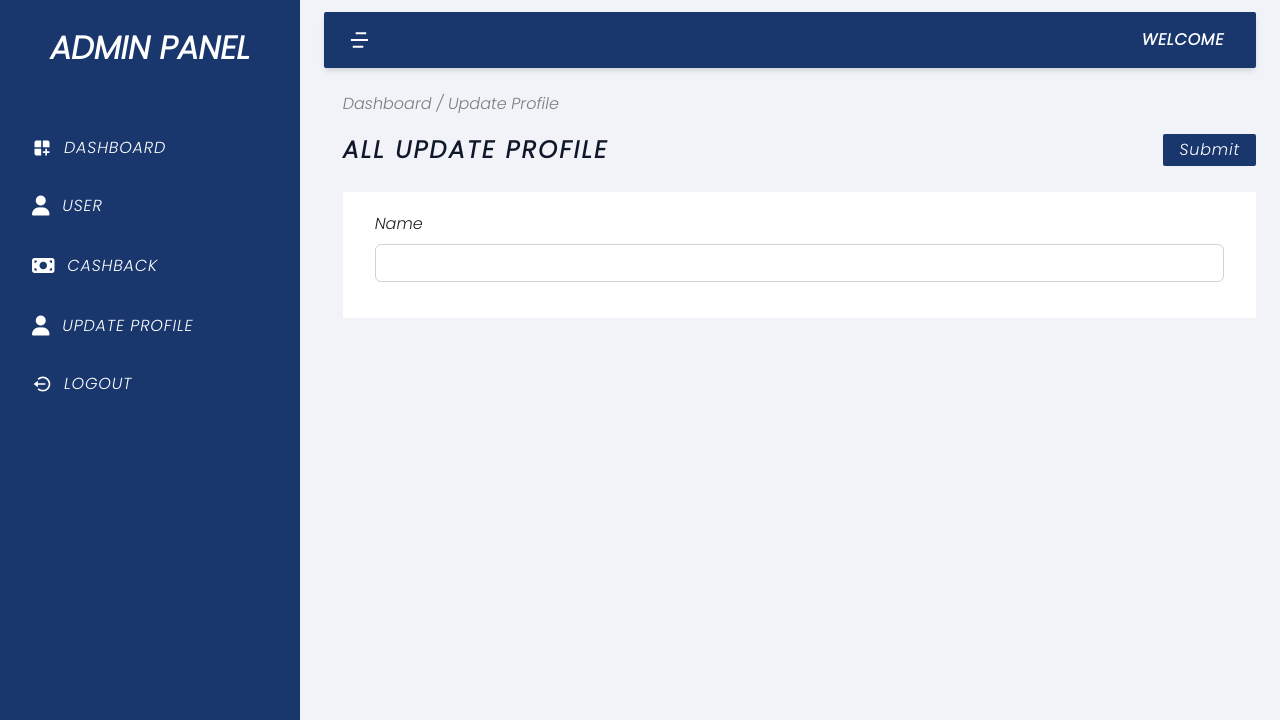
Repository: FlyweisReact/Ankit-Pandey-Admin-Panel
Page: /updateProfile
An editor plug-in stored every save of this project. The page is shown before and after the next save, followed by the edit.
The browser window is 1280 px wide. The pictures show the whole page.
Some web libraries are served in a nearby version. The project was rebuilt for these pictures with package versions that can differ from the ones it lists, and the page was loaded fresh each time. Also part of the build but not shown: src/Screen/Login.jsx, src/Screen/Dashboard.js, src/Screen/EAdminCustomer.js, src/Screen/EAdmin.js.

Above is the page before, as saved 2023-06-16 16:07:58.

### public/index.html
<!-- @format -->

<!DOCTYPE html>
<html lang="en">
  <head>
    <meta charset="utf-8" />
    <meta name="viewport" content="width=device-width, initial-scale=1" />
    <meta name="theme-color" content="#000000" />
    <meta
      name="description"
      content="Web site created using create-react-app"
    />
    <link rel="icon" href="%PUBLIC_URL%/favicon.png" />
    <link rel="manifest" href="%PUBLIC_URL%/manifest.json" />
    <link rel="preconnect" href="https://fonts.googleapis.com">
<link rel="preconnect" href="https://fonts.gstatic.com" crossorigin>
<link href="https://fonts.googleapis.com/css2?family=Roboto+Mono:ital,wght@1,300&display=swap" rel="stylesheet">
    <title>Logo Fx</title>
  </head>
  <body>
    <noscript>You need to enable JavaScript to run this app.</noscript>
    <div id="root"></div>
    <script src="https://code.jquery.com/jquery-3.6.0.min.js"></script>
    <script src="https://kit.fontawesome.com/b533b351e4.js" crossorigin="anonymous"></script>
  </body>
</html>

### src/index.js
import React from "react";
import ReactDOM from "react-dom/client";
import "./index.css";
import App from "./App";
import { BrowserRouter } from "react-router-dom";
import 'bootstrap/dist/css/bootstrap.min.css'

const root = ReactDOM.createRoot(document.getElementById("root"));
root.render(
  <React.StrictMode>
    <BrowserRouter>
      <App />
    </BrowserRouter>
  </React.StrictMode>
);

### src/index.css
/** @format */

@tailwind base;
@tailwind components;
@tailwind utilities;

@import url("https://fonts.googleapis.com/css2?family=Roboto+Mono:ital,wght@1,300&display=swap");
@font-face {
  font-family: Roboto;
  src: url("./Fonts/Poppins-LightItalic.ttf");
}

body {
  margin: 0;
  font-family: Roboto !important;
  -webkit-font-smoothing: antialiased;
  -moz-osx-font-smoothing: grayscale;
}

code {
  font-family: Roboto !important;
}

html {
  font-family: Roboto !important;
}

::-webkit-scrollbar {
  width: 10px;
}
.fa-trash {
  color: red;
  cursor: pointer;
}

.iCOn {
  transition: 0.5s;
  box-shadow: none;
  transform: scale(1);
}
.cardDiv {
  cursor: pointer;
}

.cardDiv:hover .iCOn {
  box-shadow: rgba(0, 0, 0, 0.35) 0px 5px 15px;
  transform: scale(1.3);
}

/* Track */
::-webkit-scrollbar-track {
  background: #f1f1f1;
}

/* Handle */
::-webkit-scrollbar-thumb {
  background: #888;
}

/* Handle on hover */
::-webkit-scrollbar-thumb:hover {
  background: #555;
}
.profileImage {
  width: 100px;
}
.fa-eye {
  color: #029aff;
  cursor: pointer;
}
.fa-edit {
  cursor: pointer;
  color: blue;
}

.View {
  border: 1px solid black;
  width: 100%;
  padding: 10px;
}

.main-card--container {
  display: grid;
  grid-template-columns: repeat(3, minmax(300px, 500px));
  grid-gap: 50px;
  justify-content: space-around;
}
.card-container {
  margin: 25px 0 auto;
  box-shadow: rgba(0, 0, 0, 0.35) 0px 5px 15px;
  position: relative;
  display: grid;
  grid-template-columns: 1fr;
  justify-content: space-around;
  align-items: flex-start;
}

.myEdit:focus {
  box-shadow: rgba(0, 0, 0, 0.35) 0px 5px 15px;
}

.AstroLogin {
  color: #fff;
  background-color: #2b7a8e;
  padding: 10px;
  width: 380px;
  text-align: center;
  font-size: 20px;
  background: linear-gradient(to left, #2b7a8e 50%, #fff 50%) right;
  background-size: 200%;
  transition: 0.5s ease-out;
  border: 1px solid #2b7a8e;
  margin-top: 10px;
  text-transform: uppercase;
}
.AstroLogin:hover {
  background-position: left;
  color: #2b7a8e;
}

.EcommerceAdminLogin {
  color: #fff;
  background-color: #19376d;
  padding: 10px;
  width: 380px;
  text-align: center;
  font-size: 20px;
  background: linear-gradient(to left, #19376d 50%, #fff 50%) right;
  background-size: 200%;
  transition: 0.5s ease-out;
  border: 1px solid #19376d;
  margin-top: 10px;
  text-transform: uppercase;
}

.EcommerceAdminLogin:hover {
  background-position: left;
  color: #19376d;
}
.EcommerceVendorLogin {
  color: #fff;
  background-color: #576cbc;
  padding: 10px;
  width: 380px;
  text-align: center;
  font-size: 20px;
  background: linear-gradient(to left, #576cbc 50%, #fff 50%) right;
  background-size: 200%;
  transition: 0.5s ease-out;
  border: 1px solid #576cbc;
  margin-top: 10px;
  text-transform: uppercase;
}

.EcommerceVendorLogin:hover {
  background-position: left;
  color: #576cbc;
}

.view {
  background-color: #2196f3;
  color: #fff;
  width: 50%;
  padding: 5px;
}

.two-sec {
  display: flex;
  justify-content: space-evenly;
  justify-content: space-evenly;
}
.two-sec .left {
  width: 60%;
  background-color: #f6f1ef;
  padding: 20px;
}
.two-sec .left .head {
  font-size: 25px;
  font-weight: bold;
}

.two-sec .right {
  width: 30%;
  background-color: #f6f1ef;
}

.searchDiv {
  width: 100%;
  display: flex;
  gap: 10px;
  border: 1px solid rgb(179, 179, 179);
  padding: 10px;
  margin-bottom: 20px;
  align-items: center;
}
.searchDiv input {
  width: 94%;
  outline: none;
  border: none;
}

.flexCont {
  display: flex;
  align-items: center;
  gap: 10px;
}
.flexCont img {
  width: 60px;
  background-color: #e9ecef;
}

.blockContent {
  display: block;
}
.blockContent p {
  margin: 0;
}

.checkBox {
  width: 50px;
  height: 25px;
  background-color: #e9ecef;
  border-radius: 50px;
  position: relative;
  cursor: pointer;
}
.checkBox span {
  width: 20px;
  height: 20px;
  border-radius: 100%;
  background-color: #fff;
  position: absolute;
  left: 5px;
  top: 2px;
}
.ActivecheckBox {
  width: 50px;
  height: 25px;
  background-color: #0d6efd;
  border-radius: 50px;
  position: relative;
  cursor: pointer;
}
.ActivecheckBox span {
  width: 20px;
  height: 20px;
  border-radius: 100%;
  background-color: #fff;
  position: absolute;
  right: 5px;
  top: 2px;
}

.fa-eye {
  color: #0cba73;
  background-color: #d6f8e8;
  width: 40px;
  text-align: center;
  height: 40px;
  display: flex;
  border-radius: 100%;
  justify-content: center;
  padding-top: 10px;
  transition: 0.5s;
}

.fa-pen-to-square {
  color: #f4c39c;
  background-color: #ffebdb;
  width: 40px;
  text-align: center;
  height: 40px;
  display: flex;
  border-radius: 100%;
  justify-content: center;
  padding-top: 10px;
  cursor: pointer;
  transition: 0.5s;
}
.fa-trash {
  color: #df939f;
  background-color: #ffe1e8;
  width: 40px;
  text-align: center;
  height: 40px;
  display: flex;
  border-radius: 100%;
  justify-content: center;
  padding-top: 10px;
  cursor: pointer;
  transition: 0.5s;
}
.fa-trash:hover {
  transform: scale(1.2);
}
.fa-eye:hover {
  transform: scale(1.2);
}
.fa-pen-to-square:hover {
  transform: scale(1.2);
}
.required {
  color: #e74260;
}

.headP {
  margin-left: 2%;
  color: #7b7c7d;
}
.filterBox {
  display: flex;
  align-items: center;
  gap: 10px;
  border-bottom: 1px solid #d4d7dc;
  padding-bottom: 20px;
  margin-bottom: 20px;
}
.filterBox img {
  width: 30px;
}
.filterBox input {
  width: 100%;
  border: 1px solid #d4d7dc;
  outline: none;
  padding: 5px;
  color: black;
}
.sectionCont {
  width: 98%;
  background-color: #fff;
  margin-left: 2%;
  padding: 20px;
}

.overFlowCont {
  width: 100%;
  overflow-x: auto;
}

.logo {
  width: 300px;
  margin-bottom: 20px;
}

.updateProfile {
  margin-left: 20px;
  border: 1px solid #fff;
  border-radius: 100%;
  font-size: 1.2rem;
  padding: 10px;
  transition: 0.5s;
  cursor: pointer;
}
.updateProfile:hover {
  border: 1px solid #19376d;
  color: #19376d;
  background-color: #fff;
}

.Normalbtn {
  background-color: #19376d !important;
  border: 1px solid #19376d !important;
  border-radius: 0px !important;
}

.ImageCarousel {
  width: 150px !important;
  margin: 0px !important;
  height: 150px !important;
}
.CarouselImages {
  width: 150px !important;
  height: 150px !important;
}
.CarouselImages img {
  width: 100% !important;
  height: 100% !important;
}

.ModalCarousel {
  width: 100% !important;
  height: 500px !important;
}
.ModalCarousel {
  width: 100% !important;
  height: 500px !important;
}
.ModalCarousel img {
  width: 100% !important;
  height: 500px !important;
}

.gridCont {
  display: grid;
  grid-template-columns: auto auto auto;
  justify-content: space-evenly;
}
.gridCont div {
  width: 400px;
  height: 300px;
  box-shadow: rgba(0, 0, 0, 0.35) 0px 5px 15px;
  padding: 10px;
  position: relative;
  margin-top: 20px;
}
.gridCont div img {
  width: 100%;
}
.delete-Btn {
  width: 90%;
  margin-left: 2%;
  color: #c44b3f;
  border: 1px solid #c44b3f;
  position: absolute;
  bottom: 10px;
  transition: 0.5s;
  padding: 10px;
}

.delete-Btn:hover {
  background-color: #c44b3f;
  color: #fff;
}

.BannerCarousel {
  width: 300px;
  margin: 0px !important;
}
.BannerCarouselImage {
  width: 300px;
}
.BannerCarouselImage img {
  width: 100%;
}

.pagination {
  display: flex;
  justify-content: center;
  align-items: center;
  gap: 10px;
  margin-bottom: 20px;
}
.pagination button {
  border: 1px solid black;
  padding: 10px;
}

.activePage {
  background-color: #19376d;
  color: #fff;
  border: 1px solid #19376d !important;
}

.active {
  background-color: #fff;
  color: #19376d !important;
}
.prevBtn {
  background-color: #fff;
  color: #19376d;
  border: 1px solid #19376d !important;
  transition: 0.5s;
}

.prevBtn:hover,
.prevBtn:focus,
.prevBtn:active {
  background-color: #19376d;
  color: #fff;
  border: 1px solid #19376d !important;
}
.nextBtn {
  background-color: #fff;
  color: #19376d;
  border: 1px solid #19376d !important;
  transition: 0.5s;
}

.nextBtn:hover,
.nextBtn:focus,
.nextBtn:active {
  background-color: #19376d;
  color: #fff;
  border: 1px solid #19376d !important;
}

.dangerBox {
  position: relative;
}
.dangerBox i {
  position: absolute;
  top: 50%;
  left: 90%;
  transform: translate(-50%, -50%);
  cursor: pointer;
}

### src/App.js
/** @format */

import { Routes, Route } from "react-router-dom";
import { ToastContainer } from "react-toastify";
import "react-toastify/dist/ReactToastify.css";
import Login from "./Screen/Login";
import Dashboard from "./Screen/Dashboard";
import EAdminCustomer from "./Screen/EAdminCustomer";
import EAdmin from "./Screen/EAdmin";
import UpdateProfile from "./Screen/UpdateProfile";


function App() {
  return (
    <>
      <ToastContainer />

      <Routes>
        <Route path="/" element={<Login />} />
        <Route path="/Customer" element={<EAdminCustomer />} />
        <Route path="/dashboard" element={<Dashboard />} />
        <Route path="/Admin" element={<EAdmin />} />
        <Route path="/updateProfile" element={<UpdateProfile />} />
      </Routes>
    </>
  );
}

export default App;

### src/Screen/UpdateProfile.js
import React, { useEffect, useState } from "react";
import { Alert, Button, Container, Form, Modal, Table } from "react-bootstrap";
import { toast } from "react-toastify";
import { AllCashback, UploadExcel } from "../Repository/Api";
import HOC from "./layout/HOC";


const UpdateProfile = () => {


    return (
      <>

        <p className="headP">Dashboard / Update Profile</p>
        <div
          className="pb-4 sticky top-0  w-full flex justify-between items-center"
          style={{ width: "98%", marginLeft: "2%" }}
        >
          <span
            className="tracking-widest text-slate-900 font-semibold uppercase "
            style={{ fontSize: "1.5rem" }}
          >
            All Update Profile
          </span>

          <button
            className="md:py-2 px-3 md:px-4 py-1 rounded-sm bg-[#19376d] text-white tracking-wider"

          >Submit
          </button>
        </div>

        <section className="sectionCont">
            <Container>
                <Form>
                    <Form.Group className="mb-3">
                        <Form.Label>Name</Form.Label>
                        <Form.Control type='name' />
                    </Form.Group>
                </Form>
            </Container>
        </section>
      </>
    );
  };

export default HOC(UpdateProfile)

### src/Repository/Api.js
/** @format */

import axios from "axios";

// BaseUrl
const BaseURL = "http://localhost:3040/";

// All Users Cashback
export const AllCashback = async () => {
  try {
    const response = await axios.get(
      ` ${BaseURL}api/v1/profile/getallCashBack`
    );

    return response;
  } catch (e) {
    console.log(e);
  }
};

// Uplaod Excel

export const UploadExcel = async (file) => {
  const fd = new FormData();
  fd.append("file", file);
  try {
    const response = await axios.post(
      `${BaseURL}api/v1/profile/AddcashBackExcel`,
      fd
    );
    return response;
  } catch (e) {
    console.log(e);
  }
};

//   All Users

export const AllUsers = async () => {
  try {
    const response = await axios.get(` ${BaseURL}api/v1/profile/getAlluser`);
    return response;
  } catch (e) {
    console.log(e);
  }
};


// Login Admin
export const LoginAdmin = async (email , password) => {
    try{
        const response = await axios.post(`${BaseURL}api/v1/admin/login` , {
            email , password
        })
        return response
    }catch(e) {
        console.log(e)
    }

}

### src/Screen/layout/HOC.jsx
/** @format */

import React, { useState } from "react";
import Navbar from "./Navbar";
import Sidebar from "./Sidebar";

const HOC = (Wcomponenet) => {
  return function Component() {
    const [hamb, setHamb] = useState(false);
    return (
      <>
        <section
          className="flex overflow-x-hidden relative "
          style={{ backgroundColor: "#f2f3f8" }}
        >
          {/* Sidebar */}
          <div
            className={
              hamb
                ? " absolute top-0 z-30 md:w-auto shadow-md bg-slate-200  w-60 transition-all md:-left-full left duration-150  h-auto overflow-y-auto  left-0 "
                : " md:w-72 z-30 bg-slate-200  shadow-md  md:static absolute top-0 -left-full   transition-all duration-150  overflow-y-auto h-auto"
            }
            style={{ minWidth: "300px" }}
          >
            <Sidebar hamb={hamb} setHamb={setHamb} />
          </div>
          {/* Components & Navbar */}
          <div
            className={
              hamb
                ? " transition-all px-4 py-2  duration-150 w-full h-screen"
                : " w-full h-screen  px-4 py-2   z-50 transition-all duration-150 "
            }
            style={{ backgroundColor: "#f2f3f8" }}
          >
            <Navbar hamb={hamb} setHamb={setHamb} />
            <div className="my-6 text-#000 h-[87%] wcomp overflow-y-auto">
              {" "}
              <Wcomponenet />
            </div>
          </div>
        </section>
      </>
    );
  };
};

export default HOC;

### src/Screen/layout/Navbar.jsx
/** @format */

import { RiMenu4Line } from "react-icons/ri";

const Navbar = ({ hamb, setHamb }) => {
  const AdminName = localStorage.getItem("Email")
  return (
    <>
      <div
        className={
          hamb
            ? "flex  w-full justify-between  my-1 rounded-sm  p-4 py-3 shadow-md items-center  bg-slate-200 space-x-4"
            : "flex  w-full justify-between my-1 rounded-sm  p-4 py-3 shadow-md items-center  bg-slate-200 space-x-4"
        }
        style={{ backgroundColor: "#19376d" }}
      >
        <RiMenu4Line
          onClick={() => setHamb(!hamb)}
          className="text-2xl font-bold text-gray-900 hover:scale-90 cursor-pointer"
          style={{ color: "#fff" }}
        />

        <section className="flex sm:ml-auto justify-end sm:w-full items-center space-x-2  pr-2">
          <figcaption className="tracking-wider pl-1 font-semibold">
            <div
              className="lg:text-base text-sm text-gray-900  uppercase"
              style={{ color: "#fff" }}
            >
              Welcome {AdminName}
            </div>
          </figcaption>
        </section>
      </div>
    </>
  );
};

export default Navbar;

### src/Screen/layout/Sidebar.jsx
/** @format */

import React from "react";
import { RiCloseLine } from "react-icons/ri";
import { Link, useNavigate } from "react-router-dom";
import { BiLogOutCircle } from "react-icons/bi";
import { MdDashboardCustomize } from "react-icons/md";

const Sidebar = ({ hamb, setHamb }) => {
  const navigate = useNavigate();

  const nav = [
    {
      icon: <MdDashboardCustomize className="text-xl mr-3 rounded-full " />,
      link: "/dashboard ",
      name: "Dashboard",
    },
    {
      icon: <i className="fa-solid fa-user text-xl mr-3 rounded-full"></i>,
      link: "/Admin",
      name: "User",
    },
    {
      icon: (
        <i className="fa-sharp fa-solid fa-money-bill text-xl mr-3 rounded-full "></i>
      ),
      link: "/Customer",
      name: "Cashback",
    },
    {
      icon: (
        <i className="fa-solid fa-user text-xl mr-3 rounded-full "></i>
      ),
      link: "/updateProfile",
      name: "Update Profile",
    }
  ];

  const logOut = () => {
    localStorage.clear()
    navigate("/");
  };

  return (
    <>
      <aside
        className="p-4 h-auto"
        style={{ backgroundColor: "#19376d", minHeight: "100vh" }}
      >
        {/* Top */}
        <div className="w-full md:hidden relative  p-2 mb-4">
          <RiCloseLine
            onClick={() => setHamb(!hamb)}
            className="text-3xl  absolute top-2 sm:hover:rotate-[228deg] transition-transform font-bold right-2 sm:hover:text-[22px] text-[rgb(241,146,46)] cursor-pointer"
          />
        </div>{" "}
        <figure className="flex  flex-col items-center">
          <span
            className="font-bold text-[#fff]"
            style={{
              fontSize: "2rem",
              textAlign: "center",
              textTransform: "uppercase",
            }}
          >
            {" "}
            ADMIN PANEL
          </span>
        </figure>
        <nav className="py-6">
          {nav.map((nav) => {
            return (
              <Link
                to={nav.link}
                key={nav.name}
                className=""
                style={{ textDecoration: "none", textTransform: "uppercase" }}
              >
                <span
                  className="flex my-3 items-center cursor-pointer text-gray-900    tracking-wider p-2 rounded-sm"
                  style={{ color: "#FFF" }}
                >
                  {nav.icon} {nav.name}
                </span>
              </Link>
            );
          })}
          <span
            className="flex my-3 items-center cursor-pointer text-gray-900    tracking-wider p-2 rounded-sm"
            onClick={() => logOut()}
            style={{ color: "#FFF", textTransform: "uppercase" }}
          >
            <BiLogOutCircle className="text-xl mr-3 rounded-full " /> LogOut
          </span>
        </nav>
      </aside>
    </>
  );
};

export default Sidebar;

Loaded but not shown: tailwind.config.js (common file)

After the next save:
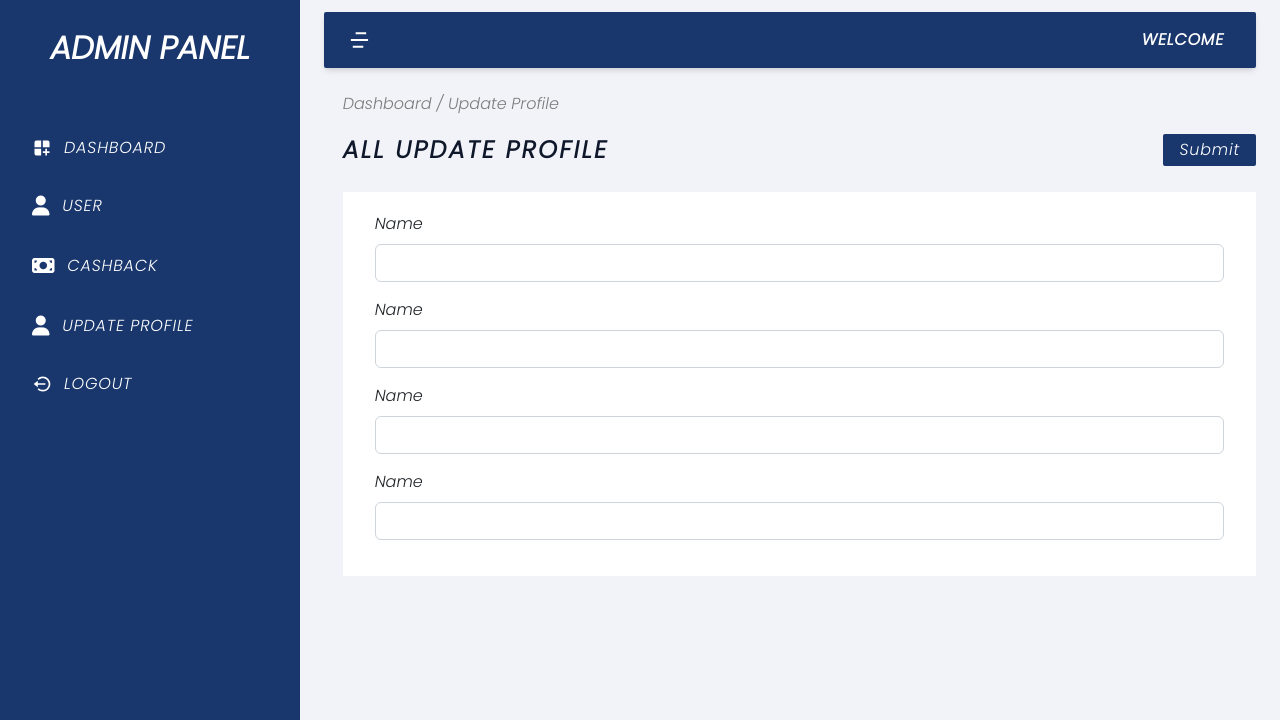
Saved 26 s later.
--- a/src/Screen/UpdateProfile.js
+++ b/src/Screen/UpdateProfile.js
@@ -37,6 +37,18 @@ const UpdateProfile = () => {
                         <Form.Label>Name</Form.Label>
                         <Form.Control type='name' />
                     </Form.Group>
+                    <Form.Group className="mb-3">
+                        <Form.Label>Name</Form.Label>
+                        <Form.Control type='name' />
+                    </Form.Group>
+                    <Form.Group className="mb-3">
+                        <Form.Label>Name</Form.Label>
+                        <Form.Control type='name' />
+                    </Form.Group>
+                    <Form.Group className="mb-3">
+                        <Form.Label>Name</Form.Label>
+                        <Form.Control type='name' />
+                    </Form.Group>
                 </Form>
             </Container>
         </section>
